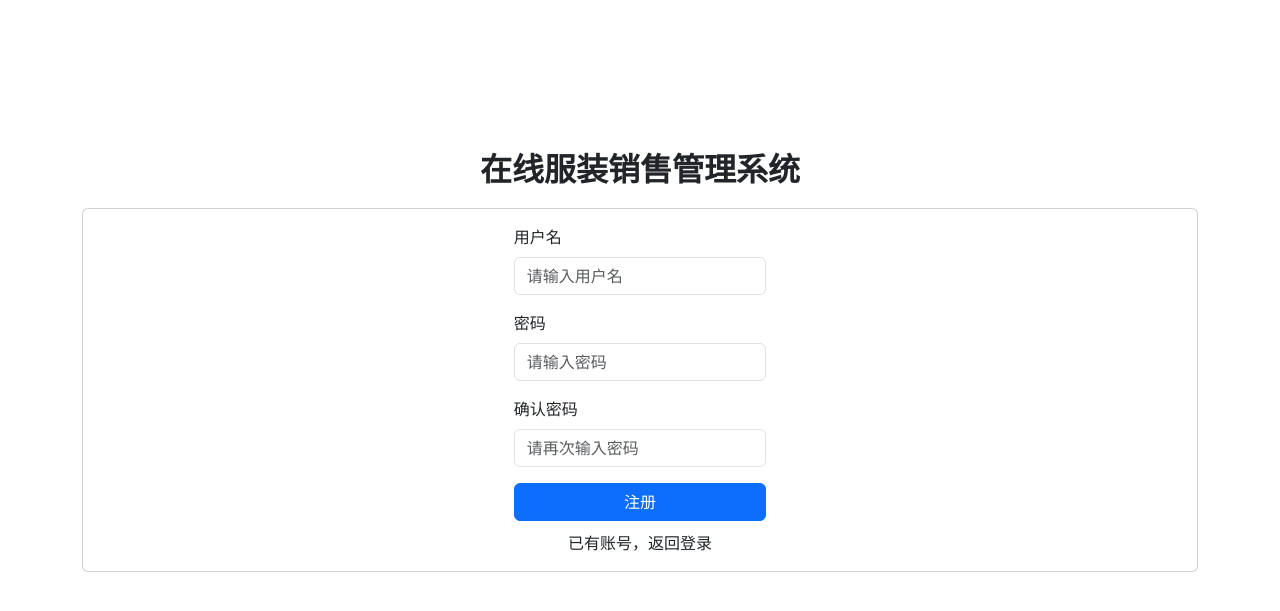
Repository: squawktop/CFS
Page: /user/register (app in web/)
These files come from the project's save history. The page is drawn as it stood at one moment and after a run of saves; the edit follows.
The browser window is 1280 px wide. The pictures show the whole page.
The project was rebuilt for these pictures with package versions that can differ from the ones it lists, and the page was loaded fresh each time. Also part of the build but not shown: web/vue.config.js, web/src/views/LoginView.vue, web/src/components/NavBar.vue, web/src/views/HomeView.vue, web/src/views/UsersManageView.vue, web/src/views/PersonalCenterView.vue, web/src/views/GoodsManageView.vue, web/src/views/OrdersManageView.vue and 1 more.

Above is the page before, as saved 2024-03-23 19:00:38.

### web/src/App.vue
<template>
  <RouterView></RouterView>
</template>

<script>


// 导入bootstrap
import "bootstrap/dist/css/bootstrap.min.css"
import "bootstrap/dist/js/bootstrap"
// import { ref } from "vue";

// import $ from 'jquery';
export default {
  components: {

  }
  ,
  setup() {
    // const user_id = ref("");
    // const username = ref("");
    // const password = ref("");

    // $.ajax({
    //   type: "get",
    //   url: "http://127.0.0.1:3000/user/getlist",
    //   success(resp) {
    //     user_id.value = resp[0].id;
    //     username.value = resp[0].username;
    //     password.value = resp[0].password;

    //   },
    //   error() {
    //     this.user_id = "error"
    //   }
    // })




    return {

    }
  }

}

</script>

<style></style>

### web/src/router/index.js
import { createRouter, createWebHistory } from 'vue-router'
// import HomeView from '../views/HomeView.vue'
import LoginView from '../views/LoginView.vue'
import RegisterView from '../views/RegisterView.vue'
import HomeView from '../views/HomeView.vue'
import UsersManageView from '../views/UsersManageView.vue'
import PersonalCenterView from '../views/PersonalCenterView.vue'
import GoodsManageView from '../views/GoodsManageView.vue'
import OrdersManageView from '../views/OrdersManageView.vue'
import NotFound from '../views/NotFoundView.vue'
import store from '@/store/index'

const routes = [
  {
    path: '/',
    name: 'home',
    component: HomeView,
    // redirect: "/user/register",
    meta: { //该页面是否需要授权      //随便写， 也可以设置为   flag : true;
      requestAuth: true,
    }
  },

  {
    path: '/user/login',
    name: 'user_login',
    component: LoginView,
    meta: {
      requestAuth: false,
    }
  },

  {
    path: '/user/register',
    name: 'user_register',
    component: RegisterView,
    meta: { //该页面是否需要授权
      requestAuth: false,
    }
  },
  {
    path: '/user/personalcenter',
    name: 'personal_center',
    component: PersonalCenterView,
    meta: { //该页面是否需要授权
      requestAuth: true,
    }
  },

  {
    path: '/user/usermanage',
    name: 'user_manage',
    component: UsersManageView,
    meta: { //该页面是否需要授权
      requestAuth: true,
    }
  }
  ,
  {
    path: '/goods/manage',
    name: 'goods_manage',
    component: GoodsManageView,
    meta: { //该页面是否需要授权
      requestAuth: true,
    }
  }, {
    path: '/orders/manage',
    name: 'orders_manage',
    component: OrdersManageView,
    meta: { //该页面是否需要授权
      requestAuth: true,
    }
  },


  {
    path: "/404/",
    name: "404",
    component: NotFound
  },
  {
    path: "/:catchAll(.*)",
    redirect: "/404/",  //页面重定向到404
  }
]

const router = createRouter({
  history: createWebHistory(),
  routes
})

router.beforeEach((to, from, next) => {
  if (to.meta.requestAuth && !store.state.user.is_login) {
    next({ name: "user_login" });
  } else {
    next();
  }
})

export default router

### web/src/store/index.js
import { createStore } from 'vuex'
import ModuleUser from '@/store/user'

export default createStore({
  state: {
  },
  getters: {
  },
  mutations: {
  },
  actions: {
  },
  modules: {
    user: ModuleUser,
  }
})

### web/src/views/RegisterView.vue
<template>
    <div class="background">
        <h2>在线服装销售管理系统</h2>
        <ContentField>
            <div class="row justify-content-md-center">
                <div class="col-3">
                    <form @submit.prevent="register">
                        <div class="mb-3 ">
                            <label for="username" class="form-label">用户名</label>
                            <input v-model="username" type="text" class="form-control" id="username"
                                placeholder="请输入用户名" />
                        </div>

                        <div class="mb-3">
                            <label for="password" class="form-label">密码</label>
                            <input v-model="password" type="password" class="form-control" id="password"
                                placeholder="请输入密码" />
                        </div>

                        <div class="mb-3">
                            <label for="confirmedPassword" class="form-label">确认密码</label>
                            <input v-model="confirmedPassword" type="password" class="form-control"
                                id="confirmedPassword" placeholder="请再次输入密码" />
                        </div>

                        <div class="error-message">{{ error_message }} </div>
                        <button type="submit" class="btn btn-primary">注册</button>
                        <div class="tip" @click="loginview">已有账号，返回登录</div>

                    </form>
                </div>
            </div>

        </ContentField>
    </div>

</template>

<script>
import ContentField from "@/components/ContentField.vue";
import { ElMessage } from 'element-plus'
import { ref } from 'vue'
import router from "@/router/index";
import $ from 'jquery'

export default {
    components: {
        ContentField,
    },
    setup() {
        let username = ref('');
        let password = ref('');
        let confirmedPassword = ref('');
        let error_message = ref('');

        const register = () => {
            $.ajax({
                url: "http://127.0.0.1:3000/api/user/account/register/",
                type: "post",
                data: {
                    username: username.value,
                    password: password.value,
                    confirmedPassword: confirmedPassword.value,
                },
                success(resp) {
                    if (resp.error_message === 'success') {
                        ElMessage.success("注册成功，请登录");
                        router.push({ name: "user_login" });
                    } else {
                        error_message.value = resp.error_message;
                    }
                }
            })
        }

        const loginview = () => {
            router.push({ name: "user_login" });
        }

        return {
            username,
            password,
            confirmedPassword,
            error_message,
            register,
            loginview,
        }
    }
};
</script>

<style scoped>
h2 {

    text-align: center;
    margin-top: 150px;
    font-weight: bold;
}

button {
    width: 100%;
}

div.error-message {
    color: red;
}

.tip {
    cursor: pointer;
    text-align: center;
    margin-top: 10px;

}

.tip:hover {
    text-decoration: underline;
}
</style>

### web/src/store/user.js
import router from '@/router';
import $ from 'jquery'
export default {
    state: {
        id: "",
        username: "",
        photo: "",
        token: "",
        is_login: false,
        pulling_info: true,
    },
    getters: {
    },
    mutations: {        //一般是用来修改数据的
        updateUser(state, user) {
            state.id = user.id;
            state.username = user.username;
            state.photo = user.photo;
            state.is_login = user.is_login;
        },
        updateToken(state, token) {
            state.token = token;
        },
        logout(state) {
            state.id = "";
            state.username = "";
            state.photo = "";
            state.token = "";
            state.is_login = false;
            router.push({ name: "user_login" });
        },
        updatePullingInfo(state, pulling_info) {
            state.pulling_info = pulling_info;
        },
    },

    actions: {

        login(context, data) {
            $.ajax({
                url: "http://127.0.0.1:3000/api/user/account/token/",
                type: "post",
                data: {
                    username: data.username,
                    password: data.password,
                },
                success(resp) {
                    if (resp.error_message === "success") {
                        localStorage.setItem("jwt_token", resp.token);
                        context.commit("updateToken", resp.token);
                        data.success(resp);
                    } else {
                        data.error(resp);
                    }
                },
                error(resp) {
                    data.error(resp)
                },
            });
        },
        getinfo(context, data) {
            $.ajax({
                url: "http://127.0.0.1:3000/api/user/account/info/",
                type: "get",
                headers: {
                    Authorization:
                        "Bearer " + context.state.token,
                },
                success(resp) {
                    if (resp.error_message === "success") {
                        // console.log(resp);
                        context.commit("updateUser", {
                            ...resp,
                            is_login: true,

                        });
                        data.success(resp);
                    } else {
                        data.success(resp);
                    }

                },
                error(resp) {
                    data.error(resp);
                },
            });

        },
        logout(context) {
            localStorage.removeItem("jwt_token");
            context.commit("logout")
        }
    },
    modules: {
    }
}

### web/src/components/ContentField.vue
<template>
    <div class="container content-field">
        <div class="card">
            <div class="card-body">
                <slot></slot>
            </div>
        </div>
    </div>
</template>

<script>
</script>

<style scoped>
div.content-field {
    margin-top: 20px;
}
</style>

Loaded but not shown: web/public/index.html (common file); web/src/main.js (common file)

After the next 2 saves:
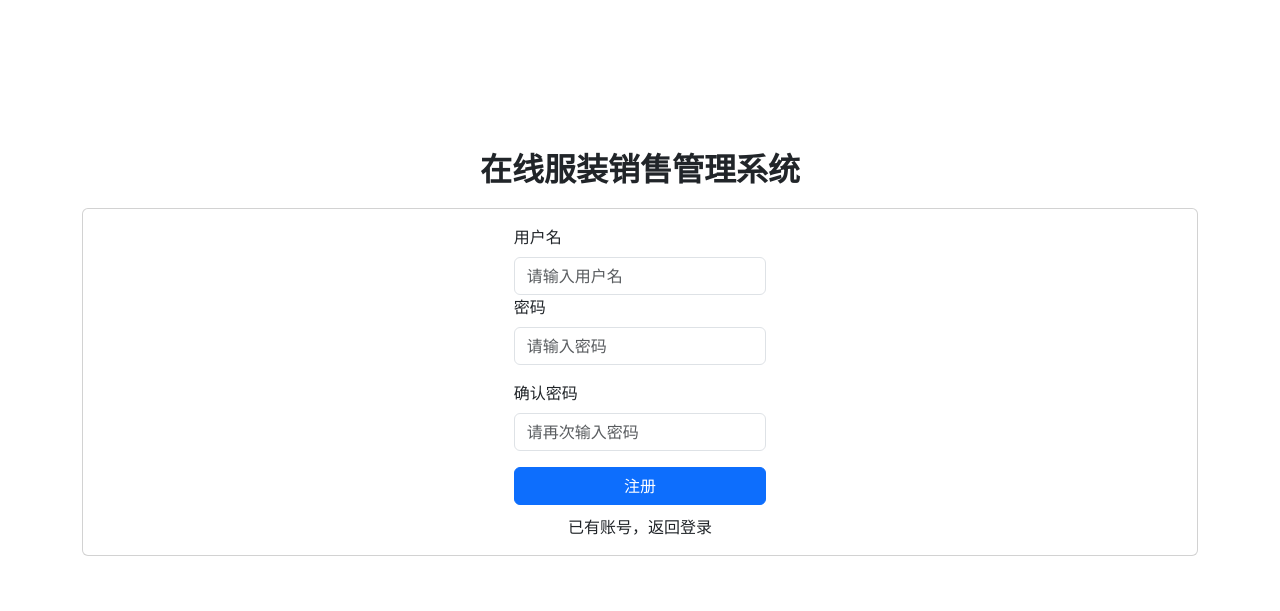
The 2 saves are shown as one change because they came seconds apart.
The last was saved 62 s later.
--- a/web/src/views/RegisterView.vue
+++ b/web/src/views/RegisterView.vue
@@ -5,7 +5,7 @@
             <div class="row justify-content-md-center">
                 <div class="col-3">
                     <form @submit.prevent="register">
-                        <div class="mb-3 ">
+                        <div class="mb-6">
                             <label for="username" class="form-label">用户名</label>
                             <input v-model="username" type="text" class="form-control" id="username"
                                 placeholder="请输入用户名" />

After the save that followed:
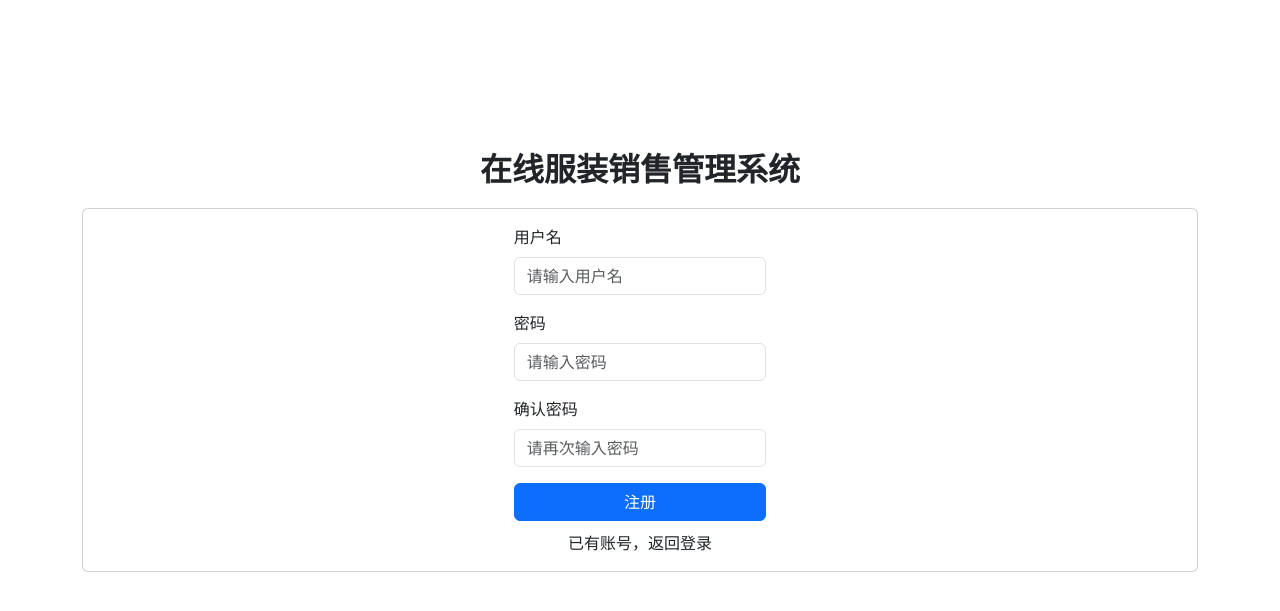
Saved 14 s later.
--- a/web/src/views/RegisterView.vue
+++ b/web/src/views/RegisterView.vue
@@ -5,7 +5,7 @@
             <div class="row justify-content-md-center">
                 <div class="col-3">
                     <form @submit.prevent="register">
-                        <div class="mb-6">
+                        <div class="mb-3">
                             <label for="username" class="form-label">用户名</label>
                             <input v-model="username" type="text" class="form-control" id="username"
                                 placeholder="请输入用户名" />
